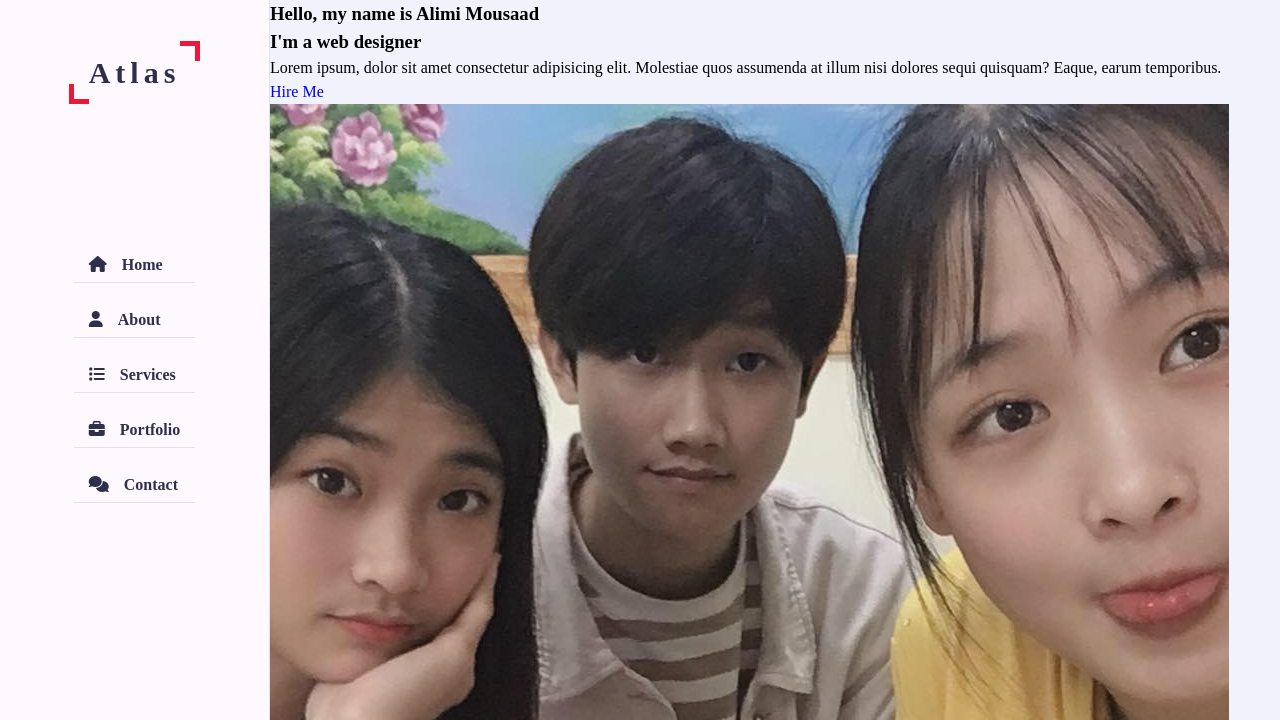
Repository: luanhoang0902/portfolio-ui
Page: index.html
These files come from the project's save history. The page is drawn as it stood at one moment and after the next save; the edit follows.
The browser window is 1280 px wide. The pictures show the whole page.
Some web fonts or font styles are not loaded; a fallback is used. Some web libraries are served in a nearby version.

Above is the page before, as saved 2022-06-02 14:49:47.

### index.html
<!DOCTYPE html>
<html lang="en">
  <head>
    <meta charset="UTF-8" />
    <meta http-equiv="X-UA-Compatible" content="IE=edge" />
    <meta name="viewport" content="width=device-width, initial-scale=1.0" />
    <title>Document</title>

    <!--  ===== CSS Files ===== -->
    <link rel="stylesheet" href="./css/style.css" />
    <link rel="stylesheet" href="./css/skins/color-1.css" />
    <link
      rel="stylesheet"
      href="https://cdnjs.cloudflare.com/ajax/libs/font-awesome/6.1.1/css/all.min.css"
    />
  </head>
  <body>
    <!--  ===== Main Container Start> ===== -->
    <div class="main-container">
      <!--  ===== Aside Start> ===== -->
      <div class="aside">
        <div class="logo">
          <a href="#"><span>A</span>tlas</a>
        </div>
        <div class="nav-toggler">
          <span></span>
        </div>
        <ul class="nav">
          <li><a href="#"><i class="fa fa-home" class = "active"></i>Home</a></li>
          <li><a href="#"><i class="fa fa-user"></i>About</a></li>
          <li><a href="#"><i class="fa fa-list"></i>Services</a></li>
          <li><a href="#"><i class="fa fa-briefcase"></i>Portfolio</a></li>
          <li><a href="#"><i class="fa fa-comments"></i>Contact</a></li>
        </ul>
      </div>
      <!--  ===== Aside End> ===== -->
      <!--  ===== Main Content Start> ===== -->
      <div class="main-content">
        <!--  ===== Home Selection Start> ===== -->
        <section class="home section">
          <div class="container">
            <div class="row">
              <div class="homer-info">
                <h3 class="hello">Hello, my name is <span class="name">Alimi Mousaad</span></h3>
                <h3 class="my-profession">I'm a <span class="typing">web designer</span></h3>
                <p>Lorem ipsum, dolor sit amet consectetur adipisicing elit. Molestiae quos assumenda at illum nisi dolores sequi quisquam? Eaque, earum temporibus.</p>
                <a href="#contact" class = "btn hire-me">Hire Me</a>
              </div>
              <div class="home-img">
                <img src="./images/avatar.JPG" alt="">
              </div>
            </div>
          </div>
        </section>
        <!--  ===== Home Selection End> ===== -->
      </div>
       <!--  ===== Main Content End> ===== -->
    </div>
    <!--  ===== Main Container End> ===== -->
    <!--  ===== JS Files ===== -->
    <script src="js/script.js"></script>
  </body>
</html>

### css/style.css
/* import font chữ vào */
@import url('https://fonts.googleapis.com/css2?family=Clicker+Script&family=Montserrat:ital,wght@1,100&family=Poppins:ital,wght@0,200;0,300;0,400;0,500;0,700;1,600&display=swap');
/* Khai báo biến */
:root
{
    --bg-black-900: #f2f2fc;
    --bg-black-100: #fdf9ff;
    --bg-balck-50: #e8dfec;

    --text-black-900: #302e4d;
    --text-black-700: #504e70;
}

body
{
    line-height: 1.5;
    font-size: 16px;
    font-family: 'Poopins' sans-serif;
}

*
{
    margin: 0;
    padding: 0;
    outline: none;
    text-decoration: none;
    box-sizing: border-box;
}

::before,::after {
    box-sizing: border-box;
}

ul
{
    list-style: none;
}

.section
{
    background: var(--bg-black-900);
    min-height: 100vh;
    display: block;
    position: fixed;
    left: 270px;
    top: 0;
    right: 0;
    opacity: 1;
}

/* aside */
.aside
{
    position: fixed;
    left: 0;
    top: 0;

    display: flex;
    justify-content: center;
    align-items: center;

    width: 270px;

    background: var(--bg-black-100);

    border-right: 1px solid var(--bg-balck-50);
    padding: 30px;
    height: 100%;
    z-index: 10;
}
.aside .logo
{
    position: absolute;
    top: 50px;
    font-size: 30px;
    text-transform: capitalize;
}
.aside .logo a
{
    position: relative;
    color: var(--text-black-900);
    font-weight: 700;

    padding: 15px 20px;
    font-size:30px;
    letter-spacing: 5px;
}
.aside .logo a span
{
    font-family: 'Click Script', cursive;
    font-family: 40px;
}
.aside .logo a::before
{
    content: '';
    position: absolute;
    bottom: 0;
    left: 0;
    width: 20px;
    height: 20px;

    border-bottom: 5px solid var(--skin-color);
    border-left: 5px solid var(--skin-color);
}
.aside .logo a::after
{
    content: '';
    position: absolute;
    top: 0;
    right: 0;
    width: 20px;
    height: 20px;

    border-top: 5px solid var(--skin-color);
    border-right: 5px solid var(--skin-color);
}
.aside .nav-toggler
{
    height: 40px;
    width: 45px;
    border: 1px solid var(--bg-balck-50);
    cursor: pointer;
    position: fixed;
    left: 300px;
    top: 20px;
    border-radius: 5px;
    background: var(--bg-balck-100);
    display: none;
    justify-content: center;
    align-items: center;
}
.aside .nav-toggler span
{
    height: 2px;
    width: 18px;
    background: var(--skin-color);
    display: inline-block;
    position: relative;
}
.aside .nav-toggler span::before
{
    content: '';
    height: 2px;
    width: 18px;
    background: var(--skin-color);
    position: absolute;
    top: -6px;
    left: 0;
}
.aside .nav-toggler span::after
{
    content: '';
    height: 2px;
    width: 18px;
    background: var(--skin-color);
    position: absolute;
    top: 6px;
    left: 0;
}
.aside .nav
{
    margin-top: 50px;
}
.aside .nav li
{
    margin-bottom: 20px;
    display: block;
}
.aside .nav li a
{
    font-size: 16px;
    font-weight: 600;
    display: block;
    border-bottom: 1px solid var(--bg-balck-50);
    color: var(--text-black-900);
    padding: 5px 15px;
}
.aside .nav li a.active
{
    color: var(--skin-color);
}
.aside .nav li a i
{
    margin-right: 15px;
}

Loaded but not shown: css/skins/color-1.css (common file); js/script.js (no copy from this time; the picture is the same without it)

After the next save:
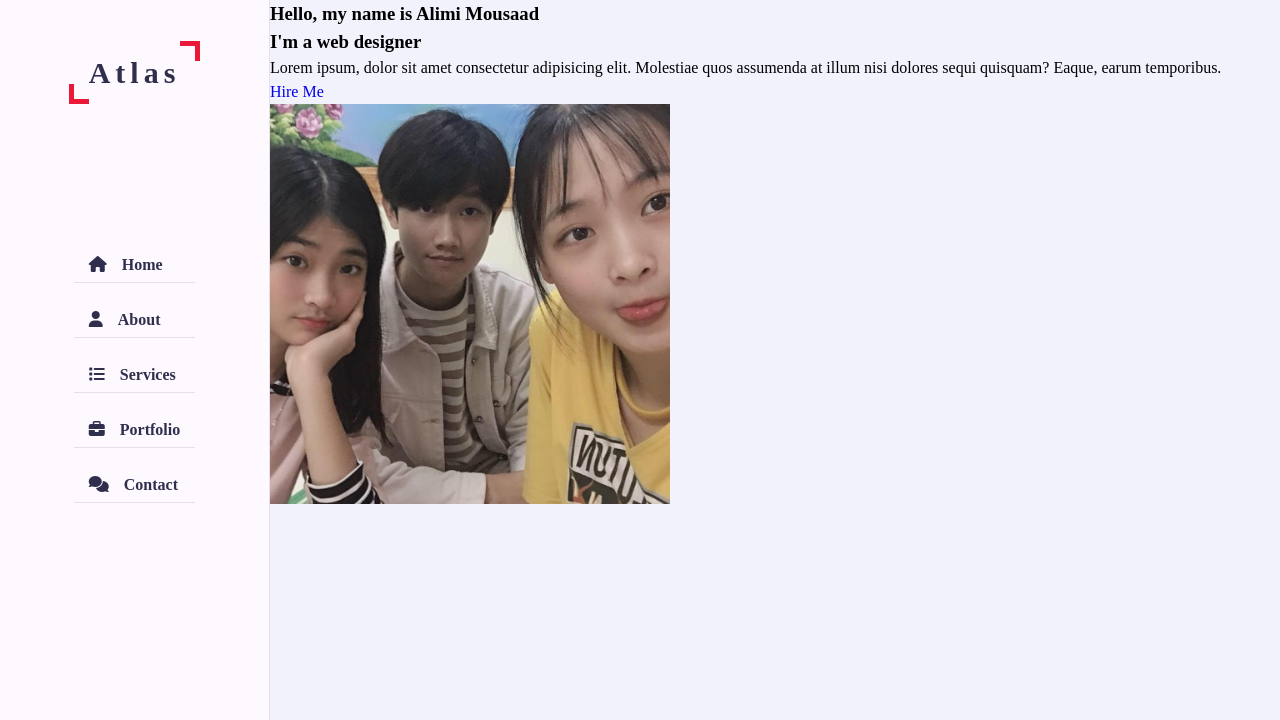
Saved 57 s later.
--- a/css/style.css
+++ b/css/style.css
@@ -183,3 +183,9 @@
 {
     margin-right: 15px;
 }
+/* Home */
+.home .home-img img
+{
+    height: 400px;
+
+}
